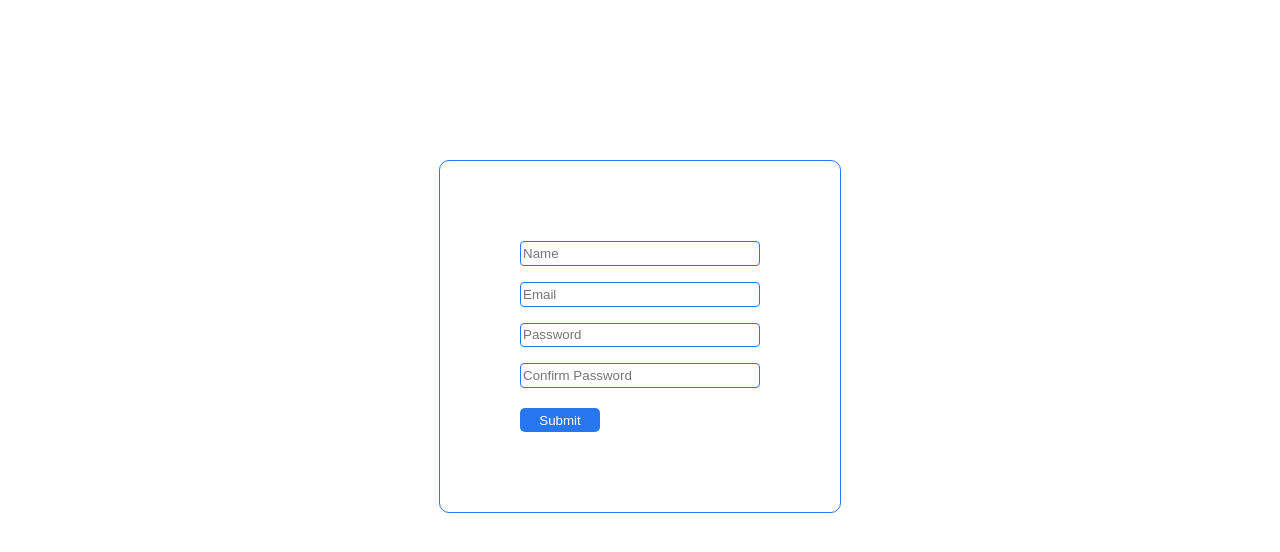
Repository: samuelp244/Ticket-Managment-System
Page: /signup (app in app/)
The author's editor kept a copy of each file at every save. The page is drawn from the files as they stood at one save, then again after a run of saves.
The browser window is 1280 px wide. The pictures show the whole page.
The project was rebuilt for these pictures with package versions that can differ from the ones it lists, and the page was loaded fresh each time. Also part of the build but not shown: app/src/components/MainPage.css, app/src/components/MainPage.tsx.

Above is the page before, as saved 2022-08-17 21:17:02.

After the next 6 saves:
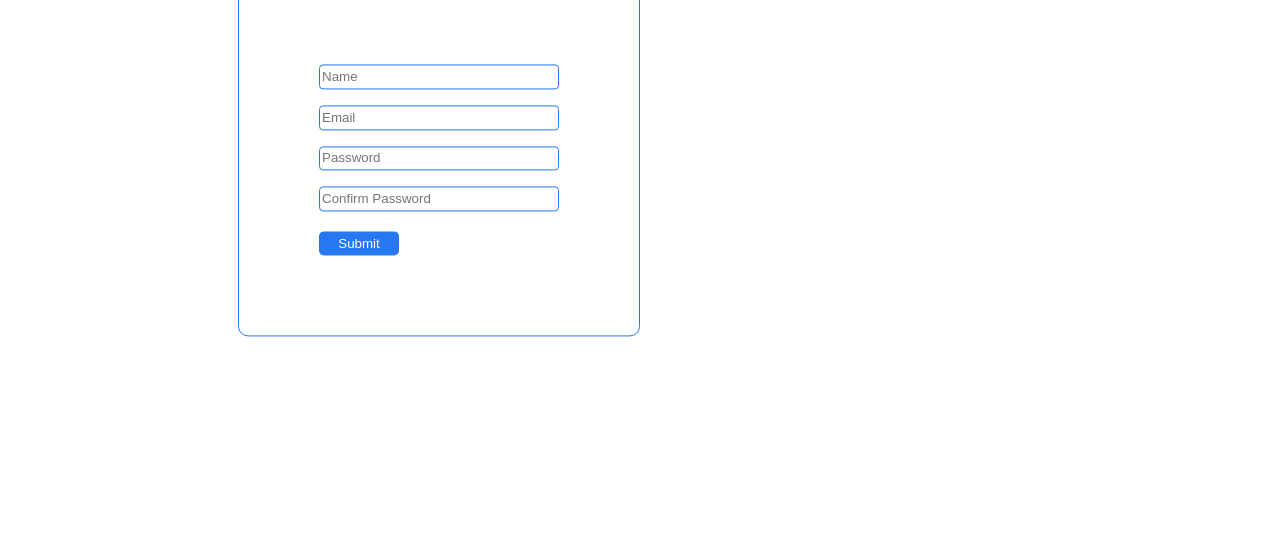
The 6 saves are shown as one change because they came seconds apart.
The last was saved 13 s later.
--- a/app/src/components/forms/SignUpComm.css
+++ b/app/src/components/forms/SignUpComm.css
@@ -8,7 +8,9 @@ form{
     display: flex;
     flex-direction: column;
 
-    top: ;
+    top: 50%;
+    left: 50%;
+    transform: translate(-50%, -50%);
 
 
 }
